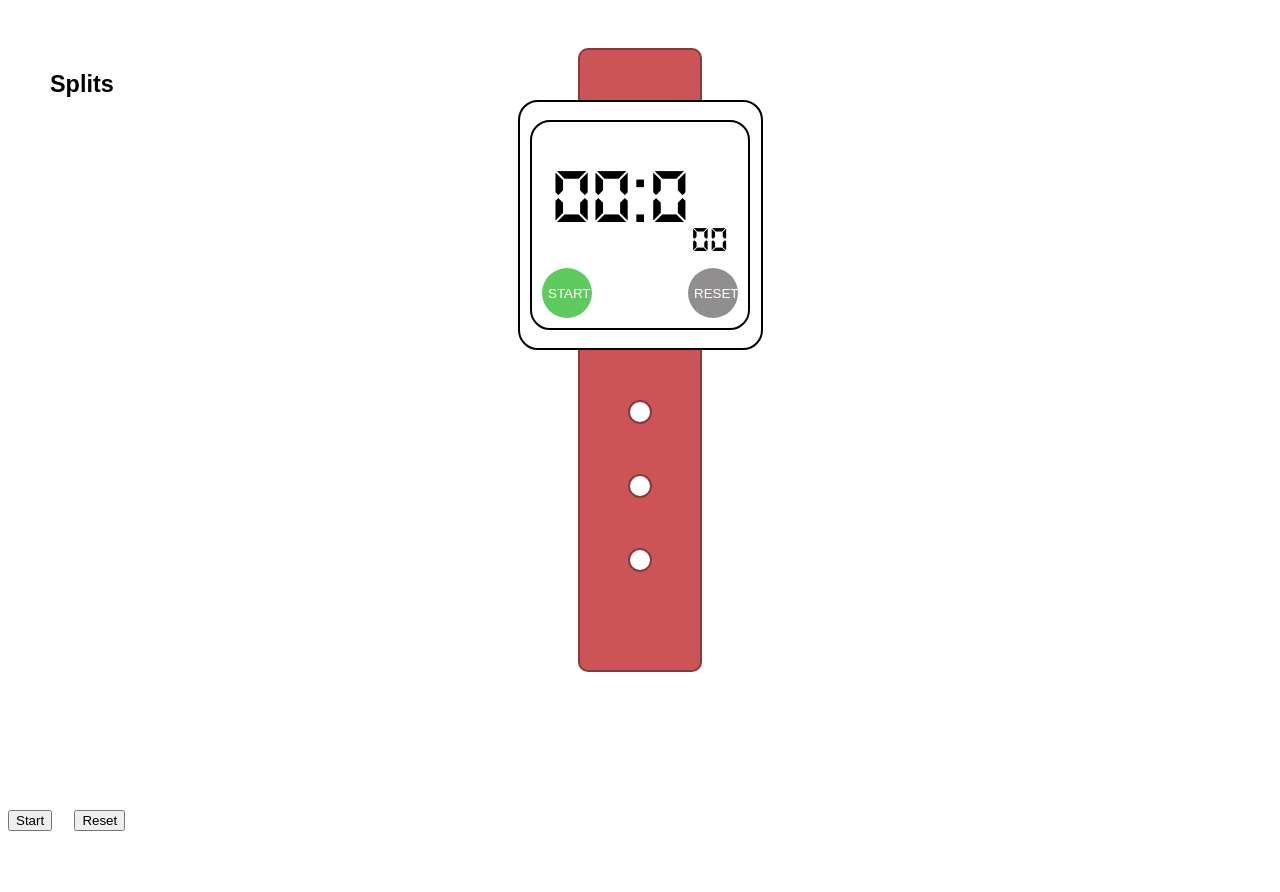
Repository: konstantin0s/lab-chronometer
Page: index.html
The author's editor kept a copy of each file at every save. The page is drawn from the files as they stood at one save, then again after the next save.
The browser window is 1280 px wide. The pictures show the whole page.

Above is the page before, as saved 2019-02-04 19:29:53.

After the next save:
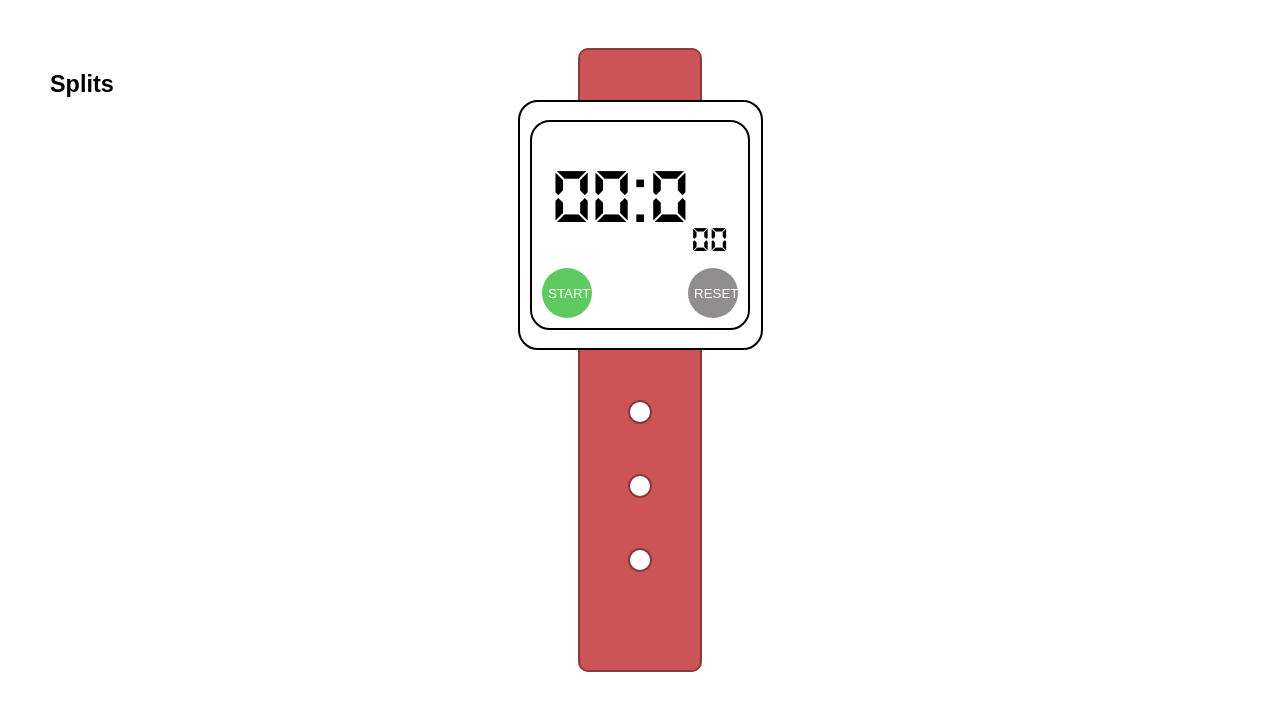
Saved 70 s later.
--- a/index.html
+++ b/index.html
@@ -35,11 +35,6 @@
     <div class="hole"></div>
   </div>
 
-  <p id="output"></p>
-  <div id="controls">
-    <button id="startPause" onclick="startPause()">Start</button>
-    <button onclick="reset()">Reset</button>
-  </div>
 
   <!-- <script src="javascripts/utils.js"></script>
   <script src="javascripts/chronometer.js"></script>
